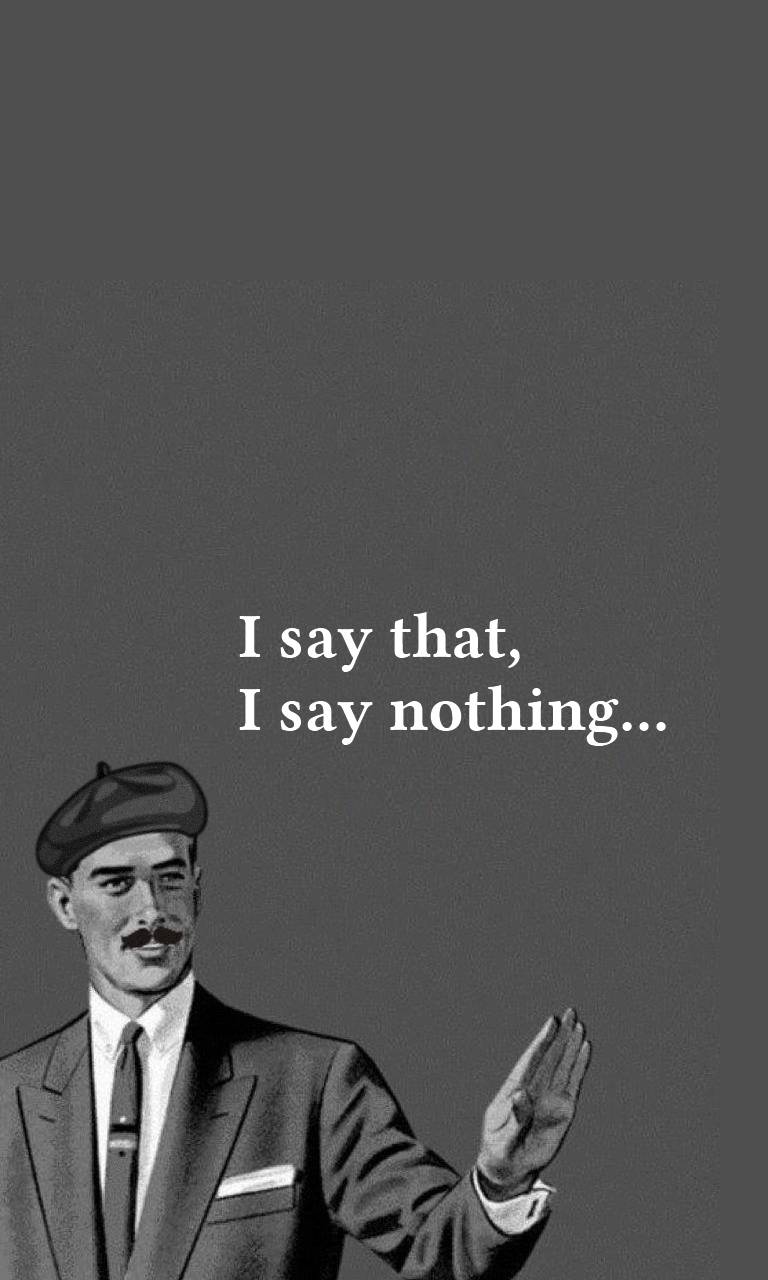
Repository: FranzPoize/ISTISN-Android
Layout: istisn/res/layout/activity_istisn.xml
The author's editor kept a copy of each file at every save. The layout is drawn from the files as they stood at one save, then again after the next save.
Pictures or frames that could not be fetched are drawn as grey boxes. It is drawn on a 768 x 1280 px phone screen (xhdpi) without system bars, with theme Theme.VPI; the app's code is not run. Lists and similar views that code fills are empty.

Above is the layout before, as saved 2012-11-27 01:52:38.

### istisn/res/layout/activity_istisn.xml
<RelativeLayout xmlns:android="http://schemas.android.com/apk/res/android"
    android:layout_width="fill_parent"
    android:layout_height="match_parent"
    android:background="@color/splash"
    >
    <ImageView
        android:layout_width="wrap_content"
    	android:layout_height="wrap_content"
    	android:layout_alignParentLeft="true"
    	android:layout_alignParentBottom="true"
    	android:src="@drawable/splashscreenfrench"/>
    <LinearLayout
	    android:orientation="horizontal"
	    android:layout_width="match_parent"
	    android:layout_height="match_parent"
	    android:id="@+id/splashLayout"
	    android:alpha="0.0">
		<LinearLayout
		    android:orientation="vertical"
		    android:layout_width="match_parent"
		    android:layout_height="match_parent"
		    android:background="@color/black"
		    android:id="@+id/actualActivity" >
			<com.viewpagerindicator.TabPageIndicator
		        android:id="@+id/indicator"
		        android:layout_width="match_parent"
		        android:layout_height="wrap_content"/>
		    <android.support.v4.view.ViewPager
		        android:id="@+id/viewpager"
		        android:layout_weight="1"
		        android:layout_width="match_parent"
		        android:layout_height="0dp"
		        />
		</LinearLayout>
	</LinearLayout>
</RelativeLayout>

### istisn/res/values/styles.xml
<resources xmlns:android="http://schemas.android.com/apk/res/android">
<!-- This is our main ActionBarSherlock theme -->
    <style name="Theme.Styled" parent="Theme.Sherlock.Light.DarkActionBar">
        <item name="actionBarStyle">@style/Widget.Styled.ActionBar</item>
        <item name="android:actionBarStyle">@style/Widget.Styled.ActionBar</item>
    </style><!-- This is our ViewPagerIndicator theme. We inherit from the ABS theme -->
    <style name="Theme.VPI" parent="Theme.Styled">
       <item name="vpiTabPageIndicatorStyle">@style/Widget.TabPageIndicator</item>
    </style>
    <!-- "Implementation" of our ABS custom theme -->
    <style name="Widget.Styled.ActionBar" parent="Widget.Sherlock.Light.ActionBar.Solid.Inverse">
        <item name="background">@color/black</item>
        <item name="android:background">@color/black</item>
    </style>

    <!-- More customizations for ABS -->
     <style name="TitleText" >
        <item name="android:textColor">@android:color/darker_gray</item>
        <item name="android:textSize">17dip</item>
    </style>
</resources>

### istisn/res/values/colors.xml
<resources>

    <color name="black">#000000</color>
    <color name="splash">#4F4F4F</color>

</resources>

After the next save:
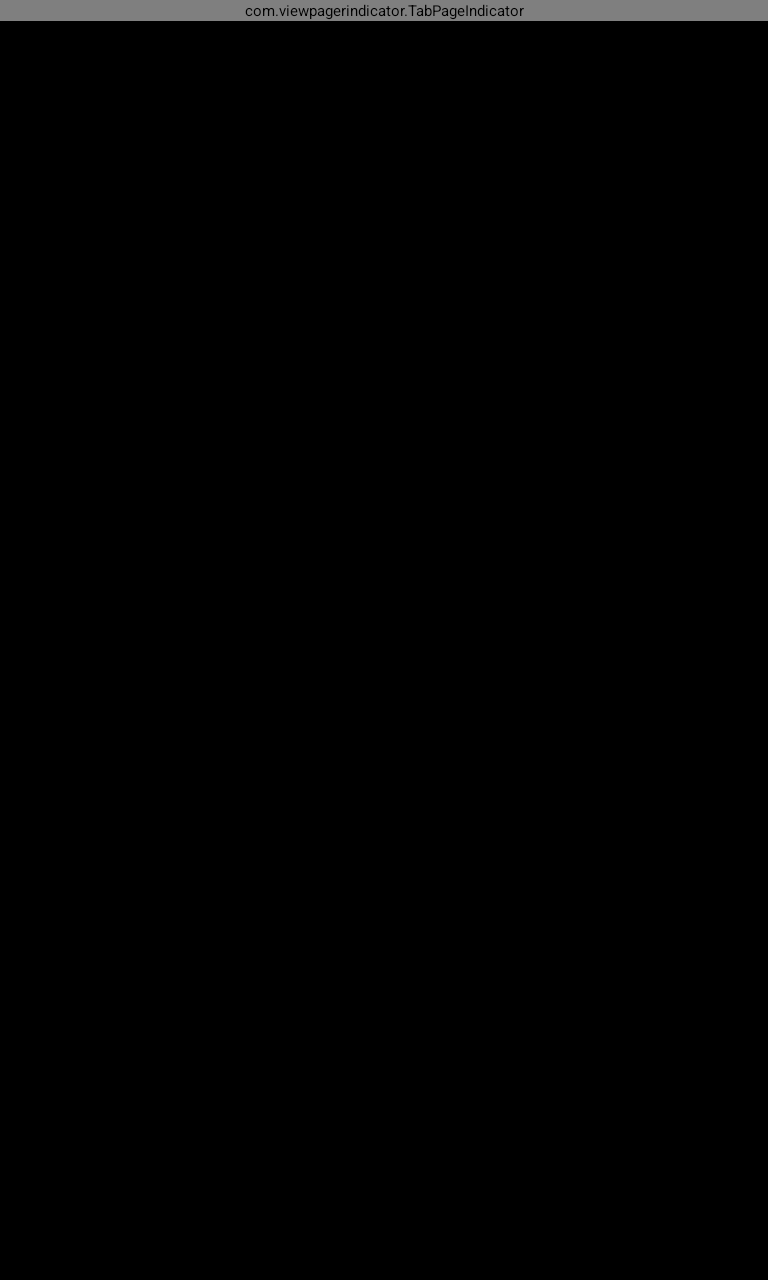
Saved 10 s later.
--- a/istisn/res/layout/activity_istisn.xml
+++ b/istisn/res/layout/activity_istisn.xml
@@ -13,8 +13,7 @@
 	    android:orientation="horizontal"
 	    android:layout_width="match_parent"
 	    android:layout_height="match_parent"
-	    android:id="@+id/splashLayout"
-	    android:alpha="0.0">
+	    android:id="@+id/splashLayout">
 		<LinearLayout
 		    android:orientation="vertical"
 		    android:layout_width="match_parent"
